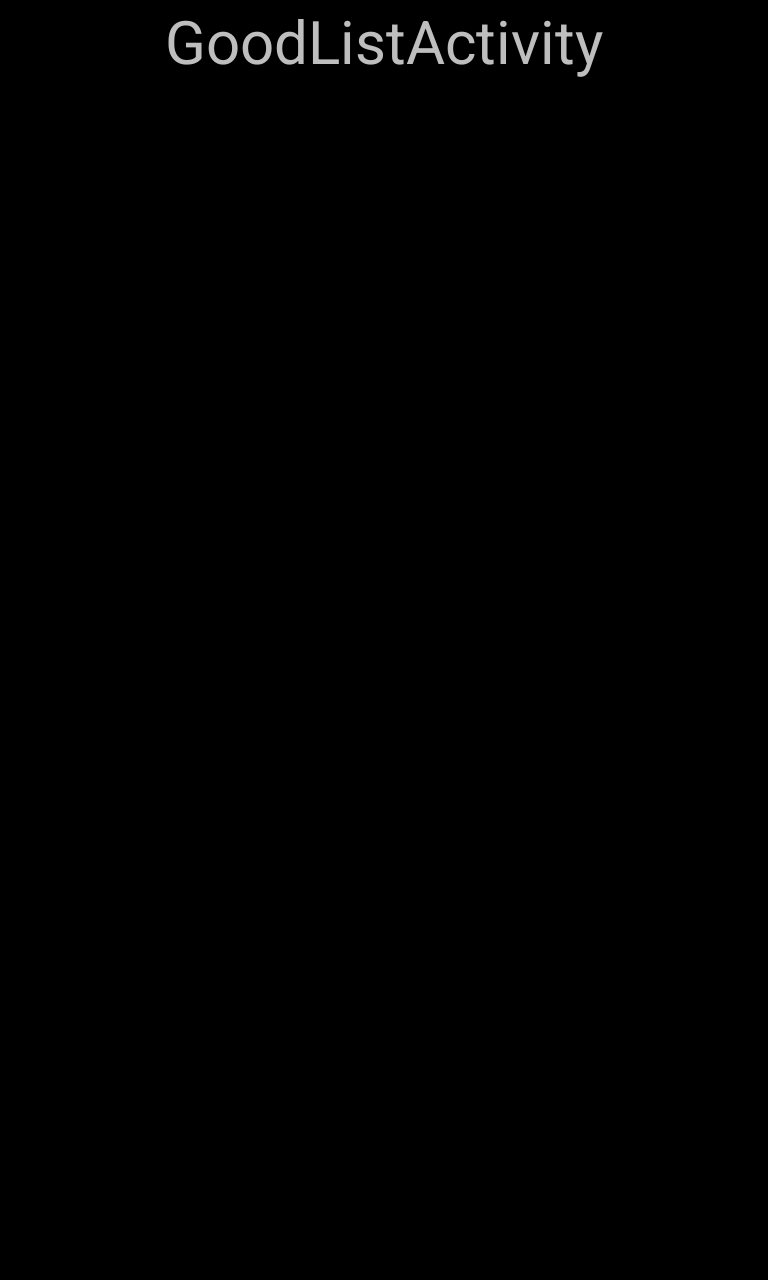
Repository: jcyfkimi/Android-TaoTao
Layout: TaoTao/res/layout/onsale.xml
An editor plug-in stored every save of this project. The layout is shown before and after the next save, followed by the edit.
It is drawn on a 768 x 1280 px phone screen (xhdpi) without system bars, with theme android:Theme; the app's code is not run.

Above is the layout before, as saved 2011-09-15 05:57:39.

After the next save:
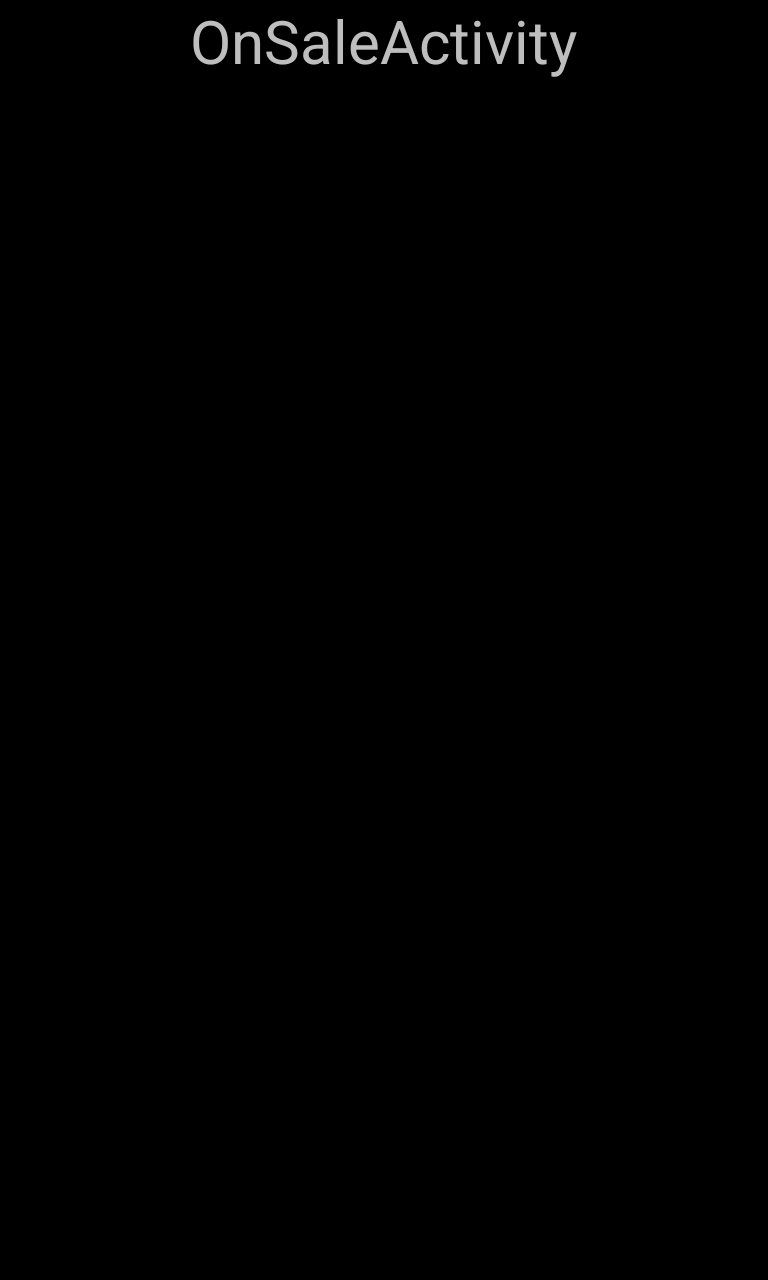
Saved 14 s later.
--- a/TaoTao/res/layout/onsale.xml
+++ b/TaoTao/res/layout/onsale.xml
@@ -9,6 +9,6 @@
     	android:layout_width="wrap_content"
     	android:layout_height="wrap_content"
     	android:layout_gravity="center_horizontal"
-    	android:text="GoodListActivity"
+    	android:text="OnSaleActivity"
     	android:textSize="30dip"/>
 </LinearLayout>
